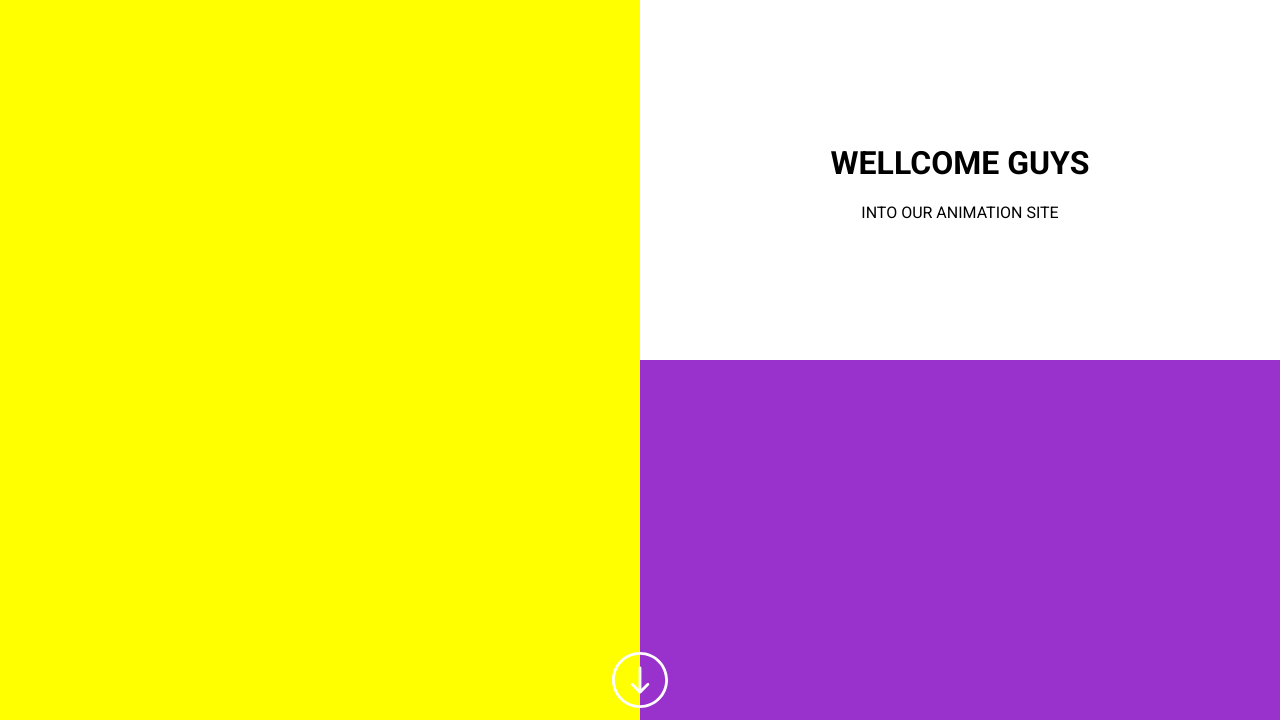
Repository: Rinzlerte/react-reveale-animation
Page: /main
An editor plug-in stored every save of this project. The page is shown before and after the next save, followed by the edit.
The browser window is 1280 px wide. The pictures show the whole page.
The pointer rests on the first visible `.link`.
The project was rebuilt for these pictures with package versions that can differ from the ones it lists, and the page was loaded fresh each time. Also part of the build but not shown: src/components/home/Promoslider.jsx, src/components/home/Header.jsx, src/components/home/Home.jsx, src/components/secondary/Secondary.css, src/components/secondary/Secondary.jsx, src/components/ui/BackBtn.js, src/components/featured/About.jsx, src/components/featured/Inform.jsx and 3 more.

Above is the page before, as saved 2019-10-22 16:52:47.

After the next save:
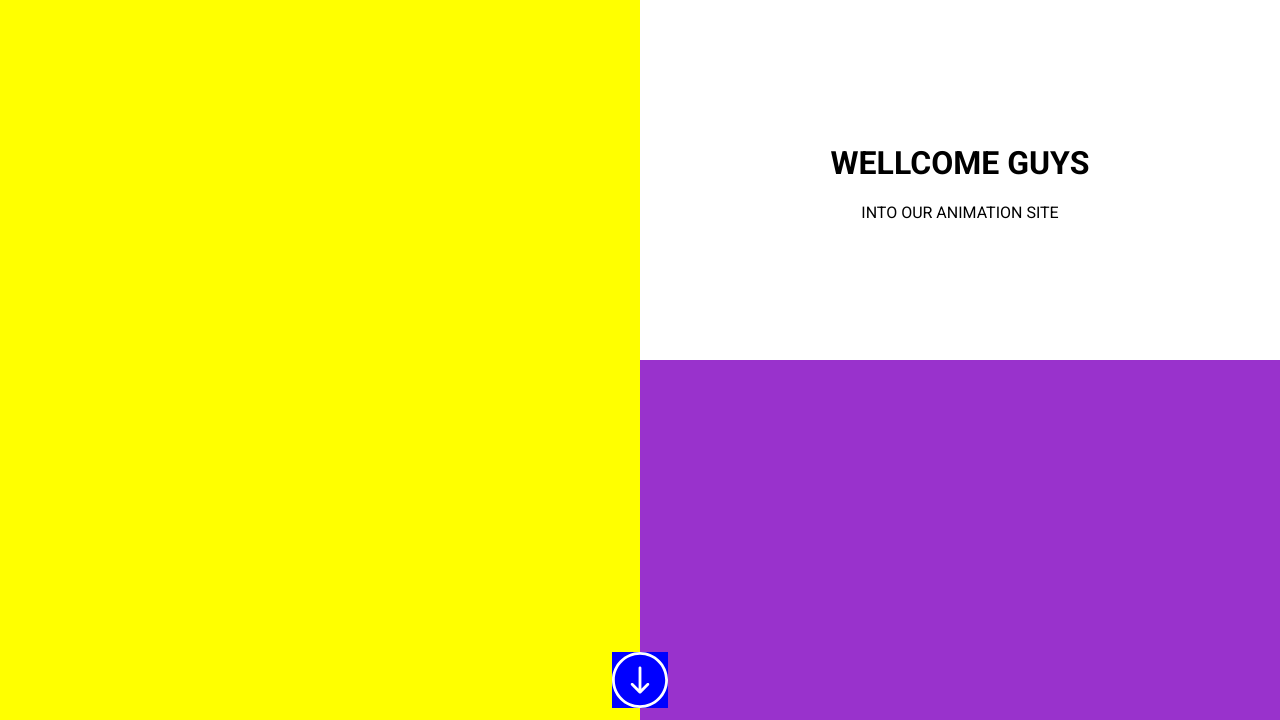
Saved 34 s later.
--- a/src/Resources/styles.css
+++ b/src/Resources/styles.css
@@ -71,3 +71,6 @@ code {
   max-width: 60;
   max-height: 60;
 }
+.link:hover {
+  background-color: blue;
+}
